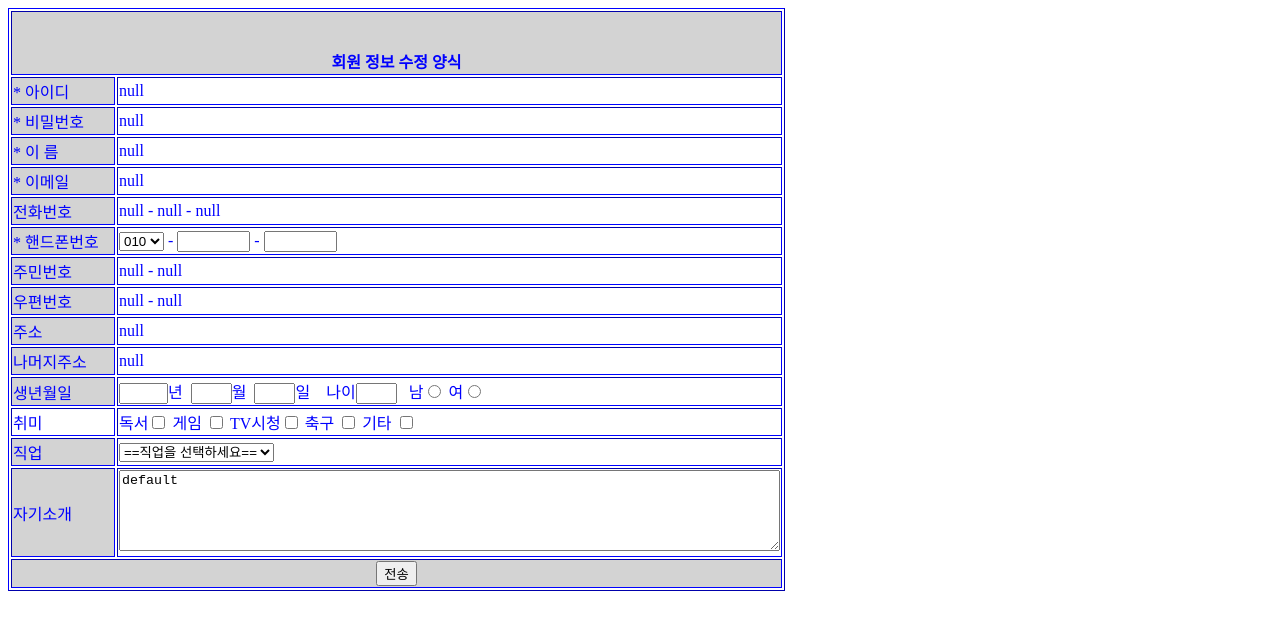
Repository: vkfkstptkd1/WebProgramming
Page: http://localhost/ch3_FormTag/In_Form_ok.jsp
The author's editor kept a copy of each file at every save. The page is drawn from the files as they stood at one save, then again after the next save.
The browser window is 1280 px wide. The pictures show the whole page.
The page is served by Tomcat 9.

Above is the page before, as saved 2021-03-20 09:54:47.

### ch3_FormTag/WebContent/In_Form_ok.jsp
<%@ page language="java" contentType="text/html; charset=EUC-KR"
    pageEncoding="EUC-KR"%>
<%  request.setCharacterEncoding("euc-kr");  %><!--한글입력전송받을때이거반드시필요.-->
<!DOCTYPE html>
<html>
<head>
<meta charset="EUC-KR">
<title>Insert title here</title>
<style type="text/css">
.style1{border-color:blue;color:blue;}
.style0{color:blue;background-color:lightgrey;}
</style>
</head>
<body>
	<table class="style1" border="1">
	<tr><th class="style0" colspan=2><br><br>회원 정보 수정 양식</th></tr><!--표제목  -->
	<tr><td class="style0" width= "100"> * 아이디</td>
		<td width="500"> <%=request.getParameter("id") %></td>
	</tr>
	<tr><td class="style0"> * 비밀번호</td>
		<td class="style1"> <%=request.getParameter("pwd") %>
		</td>
	</tr>
	<tr><td class="style0"> * 이 름</td>
		<td class="style1">  <%=request.getParameter("name") %></td>
	</tr>
	<tr><td class="style0"> * 이메일</td>
		<td class="style1">  <%=request.getParameter("email") %></td>
	</tr>
	<tr><td class="style0"> 전화번호</td>
		<td class="style1">
			 <%=request.getParameter("homenumber1") %>
			-
			 <%=request.getParameter("homenumber2") %>
			-
			 <%=request.getParameter("homenumber3") %>
		</td>
	</tr>
	<tr><td class="style0"> * 핸드폰번호</td>
		<td class="style1">
		<SELECT >
		<OPTION VALUE="010">010</OPTION>
		<OPTION VALUE="011">011</OPTION>
		<OPTION VALUE="012">012</OPTION>
		</SELECT>
		-
		<input type="text" size=6>
		-
		<input type="text" size=6>
		</td>
	</tr>
	<tr><td class="style0"> 주민번호</td>
		<td class="style1">
			 <%=request.getParameter("ssn1") %>
			 -
			 <%=request.getParameter("ssn2") %>
		</td>
	</tr>
	<tr><td class="style0"> 우편번호</td>
		<td class="style1">
			 <%=request.getParameter("pn1") %>
			 -
			 <%=request.getParameter("pn2") %>
		</td>
	</tr>
	<tr><td class="style0"> 주소</td>
		<td class="style1">
		  <%=request.getParameter("ad") %>
		</td>
	</tr>
	<tr><td class="style0"> 나머지주소</td>
		<td class="style1">
		  <%=request.getParameter("remainderad") %>
		</td>
	</tr>
	<tr><td class="style0"> 생년월일</td>
		<td> <input type="text" name="year" size=3>년&nbsp;
			 <input type="text" name="month" size=2>월&nbsp;
			 <input type="text" name="day" size=2>일&nbsp;&nbsp;&nbsp;
			 나이<input type="text" name="age" size=2>&nbsp;&nbsp;
			 남<input type="radio" name="gender" value="남">
			 여<input type="radio" name="gender" value="여">
		</td>
	</tr>
	<tr><td class="style1"> 취미</td>
		<td class="style1">
			 독서<input type="checkbox" name="hobby" value="독서">
			 게임	<input type="checkbox" name="hobby" value="게임">
		   TV시청<input type="checkbox" name="hobby" value="TV시청">
			 축구	<input type="checkbox" name="hobby" value="축구">
			 기타	<input type="checkbox" name="hobby" value="기타">
		</td>
	</tr>
	<tr><td class="style0"> 직업</td>
		<td >
		<SELECT NAME="job">
         <OPTION VALUE="">==직업을 선택하세요==</OPTION>
         <OPTION VALUE="학생">학생</OPTION>
         <OPTION VALUE="회사원">회사원</OPTION>
         <OPTION VALUE="군인">군인</OPTION>
         <OPTION VALUE="기타">기타</OPTION>
	    </SELECT>
	    </td>
	</tr>
	<tr><td class="style0"> 자기소개</td>
		<td class="style1">
		<textarea name="intro" rows=5 cols=80 >default</textarea>
		</td>
	</tr>
	<tr>
		<td class="style0" colspan="2"><center><input type="submit" value="전송" ></center></td>
	</tr>
	</table>

</body>
</html>

After the next save:
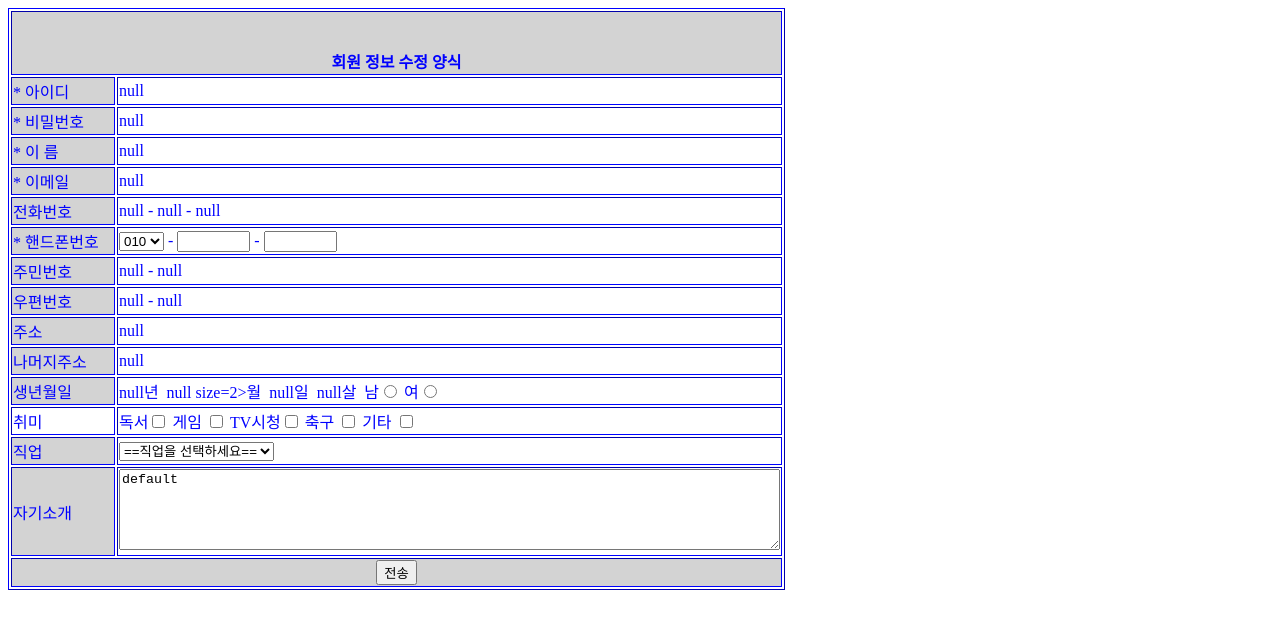
Saved 61 s later.
--- a/ch3_FormTag/WebContent/In_Form_ok.jsp
+++ b/ch3_FormTag/WebContent/In_Form_ok.jsp
@@ -74,10 +74,10 @@
 		</td>
 	</tr>
 	<tr><td class="style0"> 생년월일</td>
-		<td> <input type="text" name="year" size=3>년&nbsp;
-			 <input type="text" name="month" size=2>월&nbsp;
-			 <input type="text" name="day" size=2>일&nbsp;&nbsp;&nbsp;
-			 나이<input type="text" name="age" size=2>&nbsp;&nbsp;
+		<td>  <%=request.getParameter("year") %>년&nbsp;
+			  <%=request.getParameter("month") %> size=2>월&nbsp;
+			  <%=request.getParameter("day") %>일&nbsp;
+			  <%=request.getParameter("age") %>살&nbsp;
 			 남<input type="radio" name="gender" value="남">
 			 여<input type="radio" name="gender" value="여">
 		</td>
